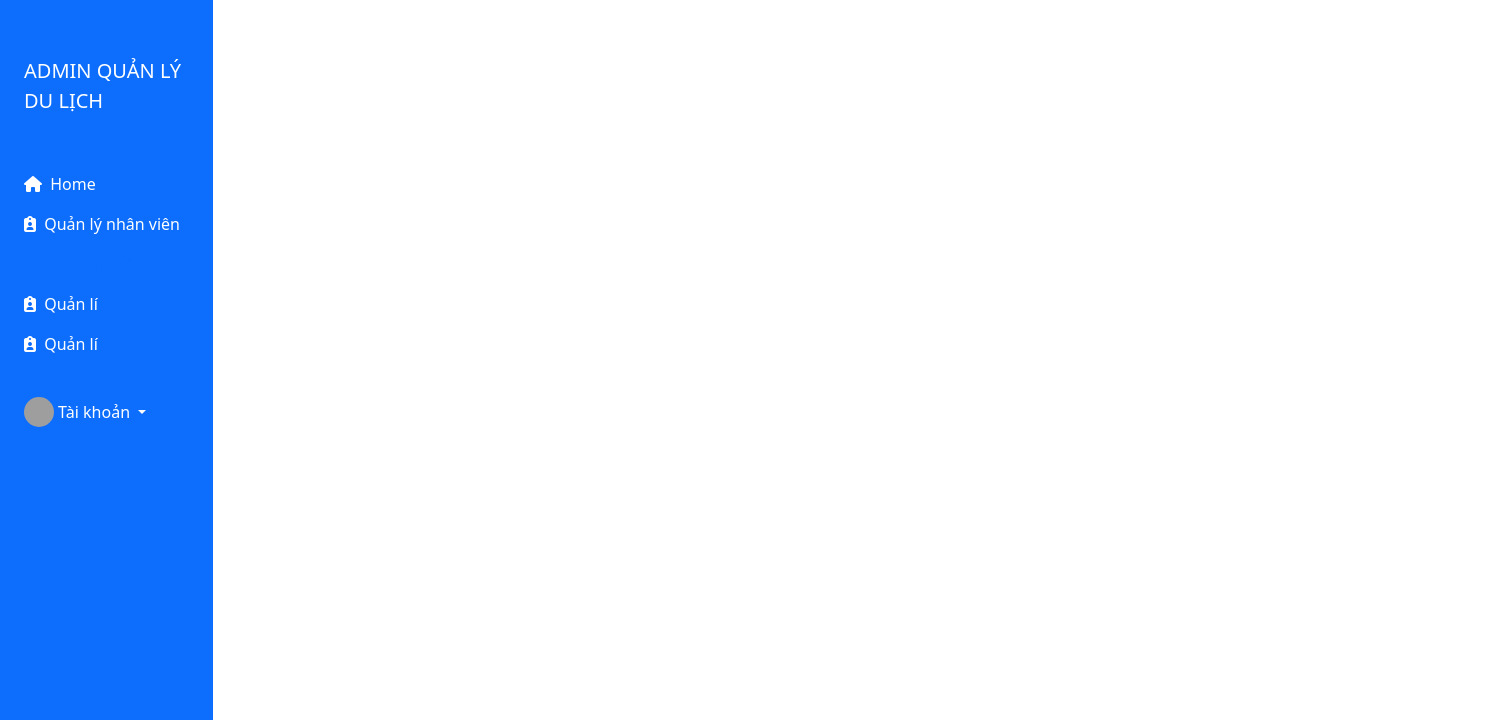
Repository: vantohuu/BOOKINGTOUR
Page: http://localhost/BOOKINGTOUR/WEB-INF/views/admin/admin.jsp
An editor plug-in stored every save of this project. The page is shown before and after the next save, followed by the edit.
The browser window is 1280 px wide. The page is 1493 px wide, so the pictures cover 1493 px, including what lies to the right of the window. The pictures show the whole page.
Pictures or frames that could not be fetched are drawn as grey boxes. Some web libraries are served in a nearby version. The page is served by Tomcat 9. Nobody is signed in. The template is opened directly, without the code that normally fills it, so the values that code supplies are empty.

Above is the page before, as saved 2023-05-04 13:13:13.

After the next save:
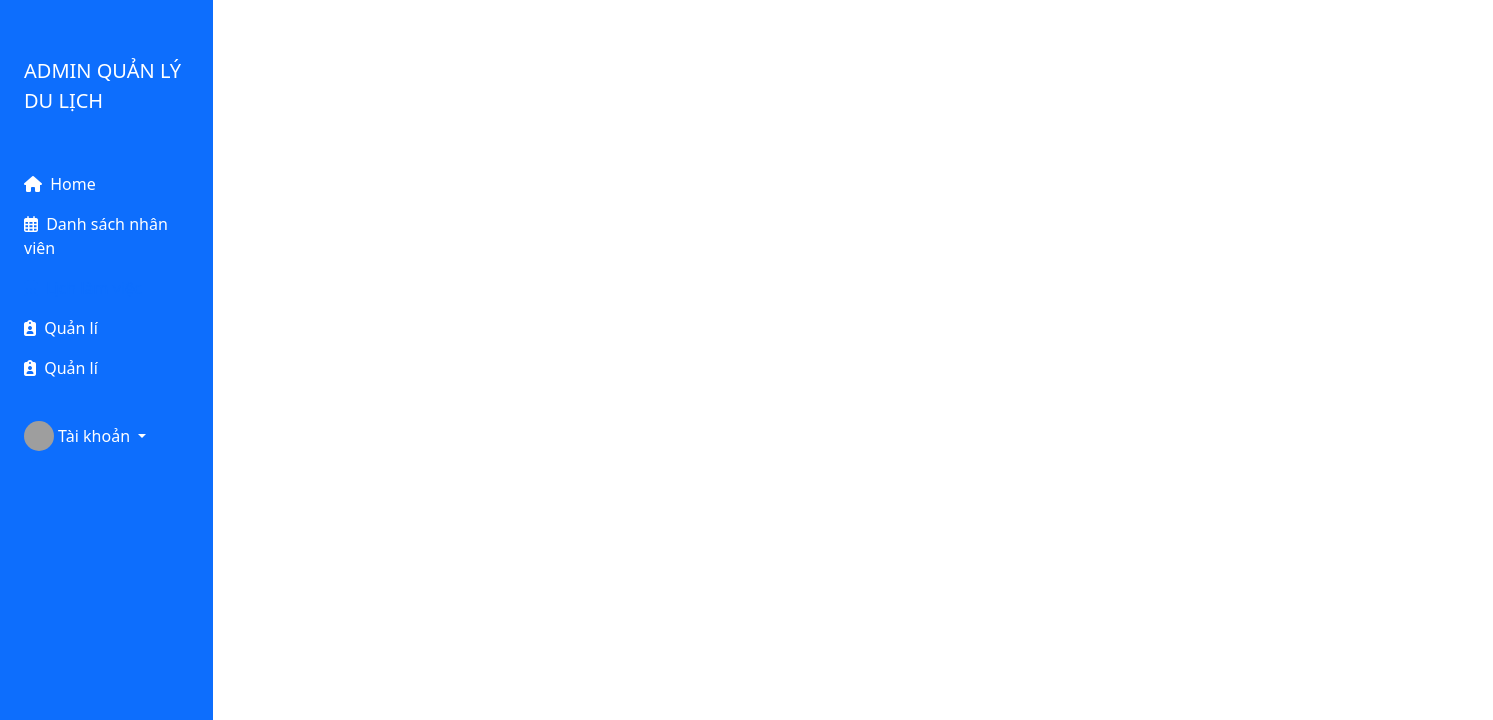
Saved 81 s later.
--- a/BOOKINGTOUR/src/main/webapp/WEB-INF/views/admin/admin.jsp
+++ b/BOOKINGTOUR/src/main/webapp/WEB-INF/views/admin/admin.jsp
@@ -26,19 +26,11 @@
                             <span class="ms-1 d-none d-sm-inline">Home</span>
                         </a>
                     </li>
-                    <li>
-                        <a href="#submenu1" data-bs-toggle="collapse" class="nav-link text-white px-0 align-middle ">
-                            <i class="fa-solid fa-clipboard-user"></i>
-                            <span class="ms-1 d-none d-sm-inline">Quản lý nhân viên</span></a>
-                        <ul class="collapse nav flex-column ms-1" id="submenu1" data-bs-parent="#menu">
-                            <li class="w-100">
-                                <a href="doanhthu.htm" class="nav-link text-white px-0"> <span class="d-none d-sm-inline">Danh sách nhân viên</span></a>
-                            </li>
-                            <li>
-                                <a href="nhanvien.htm" class="nav-link text-white px-0"> <span class="d-none d-sm-inline">Nhân viên</span></a>
-                            </li>
-                        </ul>
-                    </li>
+                  <li><a href="#submenu1" data-bs-toggle="collapse"
+							class="nav-link text-white px-0 align-middle">
+							<i class="fa-regular fa-calendar-days"></i> <span
+								class="ms-1 d-none d-sm-inline">Danh sách nhân viên</span>
+						</a></li>
                     <li>
                         <a href="lich.htm" class="nav-link px-0 align-middle">
                            <i class="fa-solid fa-calendar-days"></i>
